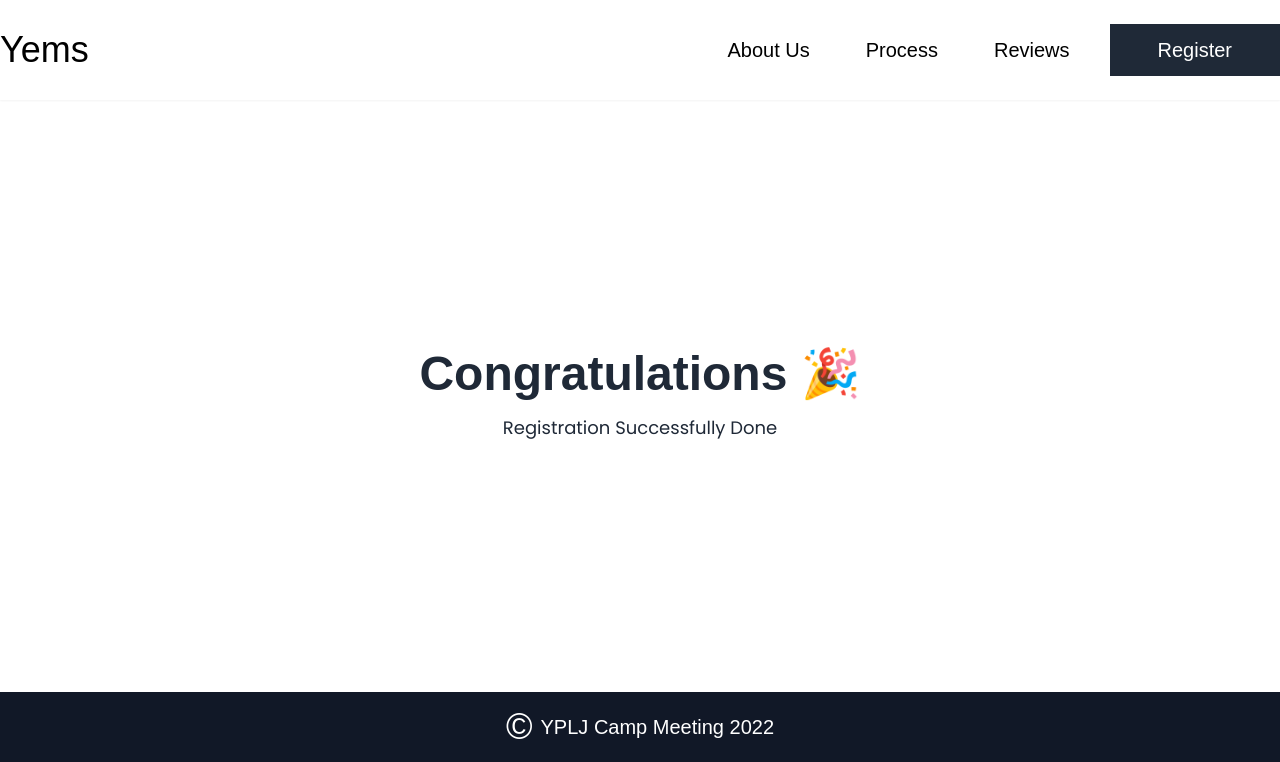
Repository: Ifenna-Pascal/user-camp-onboarding
Page: /dashboard
An editor plug-in stored every save of this project. The page is shown before and after the next save, followed by the edit.
The browser window is 1280 px wide. The pictures show the whole page.
Some web fonts or font styles are not loaded; a fallback is used. The project was rebuilt for these pictures with package versions that can differ from the ones it lists, and the page was loaded fresh each time. The framework's server and built-in components were replaced by stand-ins that run in the browser. Also part of the build but not shown: next.config.js.

Above is the page before, as saved 2022-11-23 02:40:13.

### pages/_app.js
import Mainlayout from "../components/layout";
import "../styles/globals.css";
import "remixicon/fonts/remixicon.css";

function MyApp({ Component, pageProps }) {
  return (
    <Mainlayout>
      <Component {...pageProps} />
    </Mainlayout>
  );
}

export default MyApp;

### pages/dashboard.jsx
import React from "react";

function Dashboard() {
  return (
    <div className="min-h-[80vh] flex  flex-col items-center justify-center">
      <h1 className="text-gray-800 text-center lg:text-left text-2xl lg:text-5xl font-semibold font-sono block ">
        Congratulations 🎉
      </h1>
      <p className="block text-base  lg:text-lg text-center font-poppins text-gray-800 leading-[30px] py-2 lg:py-4">
        Registration Successfully Done
      </p>
    </div>
  );
}

export default Dashboard;

### components/layout/index.jsx
import React from "react";
import Footer from "./Footer";
import Nav from "./Nav";

function Mainlayout({ children }) {
  return (
    <div className="relative">
      <Nav />
      <main>{children}</main>
      <Footer />
    </div>
  );
}

export default Mainlayout;

### styles/globals.css
@import url('https://fonts.googleapis.com/css2?family=Poppins&family=Sono:wght@400;500&display=swap');
@import url('https://fonts.googleapis.com/css2?family=Montserrat&family=Source+Sans+Pro&display=swap');

* {
  padding: 0;
  margin: 0;
  box-sizing: border-box;
  scroll-behavior: smooth;
}

html,
body {
  padding: 0;
  margin: 0;
  font-family: -apple-system, BlinkMacSystemFont, Segoe UI, Roboto, Oxygen,
    Ubuntu, Cantarell, Fira Sans, Droid Sans, Helvetica Neue, sans-serif;
}

a {
  color: inherit;
  text-decoration: none;
}

* {
  box-sizing: border-box;
}

@media (prefers-color-scheme: dark) {
  html {
    color-scheme: dark;
  }
  body {
    color: white;
    background: black;
  }
}

@tailwind base;
@tailwind components;
@tailwind utilities;

### components/layout/Footer.jsx
import React from "react";

function Footer() {
  return (
    <div className="bg-gray-900 w-full h-[70px]  flex items-center justify-center">
      <p className="text-center flex items-center text-white font-sono text-xl">
        {" "}
        <span className="text-4xl mr-2">&copy;</span> YPLJ Camp Meeting 2022{" "}
      </p>
    </div>
  );
}

export default Footer;

### components/layout/Nav.jsx
import Link from "next/link";
import { useRouter } from "next/router";
import React, { useState } from "react";
import Button from "../general/Button";
import NavLink from "../general/NavLink";

function Nav() {
  const [show, setShow] = useState(false);
  const router = useRouter();
  const toggle = () => {
    setShow(!show);
  };
  return (
    <div className="lg:sticky  top-0 w-full shadow-sm mb-4 z-50 px-6 lg:px-0 bg-white">
      <nav className="w-full lg:py-6 py-5 flex items-center  lg:max-w-[1450px] lg:mx-auto justify-between">
        <Link href="/">
          {" "}
          <h1 className="font-sono text-2xl lg:text-4xl ">Yems</h1>
        </Link>
        <ul className="lg:flex items-center hidden justify-between">
          <NavLink href="/#home" name="About Us" />
          <NavLink href="/#process" name="Process" />
          <NavLink href="/#reviews" name="Reviews" />
          <Link href="/register">
            <Button text="Register" />
          </Link>
        </ul>
        <button
          className='block md:hidden className="w-full px-2 py-1 rounded-lg text-AP-grey-200 hover:text-AP-blue-200 border-AP-grey-200 hover:border-AP-blue-400'
          onClick={toggle}
        >
          <i
            className={`${
              !show ? "ri-menu-3-fill duration-500" : "ri-close-line"
            } text-2xl text-gray-800`}
          />
        </button>
      </nav>
      <div
        className={`flex lg:hidden ${
          show
            ? "flex duration-500  flex-col items-center space-y-8 pt-2 "
            : "hidden"
        }`}
      >
        <NavLink href="/#home" name="About Us" />
        <NavLink href="/#process" name="Process" />
        <NavLink href="/#reviews" name="Reviews" />
        {router.pathname !== "/register" && (
          <Link href="/register">
            <Button text="Register" onClick={() => setShow(false)} />
          </Link>
        )}
      </div>
    </div>
  );
}

export default Nav;

### components/general/Button.jsx
import React from "react";

function Button({ text, ...rest }) {
  return (
    <button
      className="bg-gray-800 px-12 py-3 hover:bg-white hover:text-black hover:border hover:border-black duration-500 hover:ease-in-out text-white font-sono text-xl"
      {...rest}
    >
      {text}
    </button>
  );
}

export default Button;

### components/general/NavLink.jsx
import Link from "next/link";
import React from "react";

function NavLink({ href, name }) {
  return (
    <Link href={href}>
      <span className="text-black px-4 text-xl font-sono mr-6 font-500">
        {name}
      </span>
    </Link>
  );
}

export default NavLink;

### tailwind.config.js
/** @type {import('tailwindcss').Config} */
module.exports = {
  content: [
    "./pages/**/*.{js,ts,jsx,tsx}",
    "./components/**/*.{js,ts,jsx,tsx}",
  ],

  theme: {
    extend: {
      fontFamily: {
        sono: ["Sono", "sans-serif"],
        poppins: ["Poppins", "sans-serif"],
        montserat: ["Montserrat", "sans-serif"],
      },
    },
  },
  plugins: [],
};

After the next save:
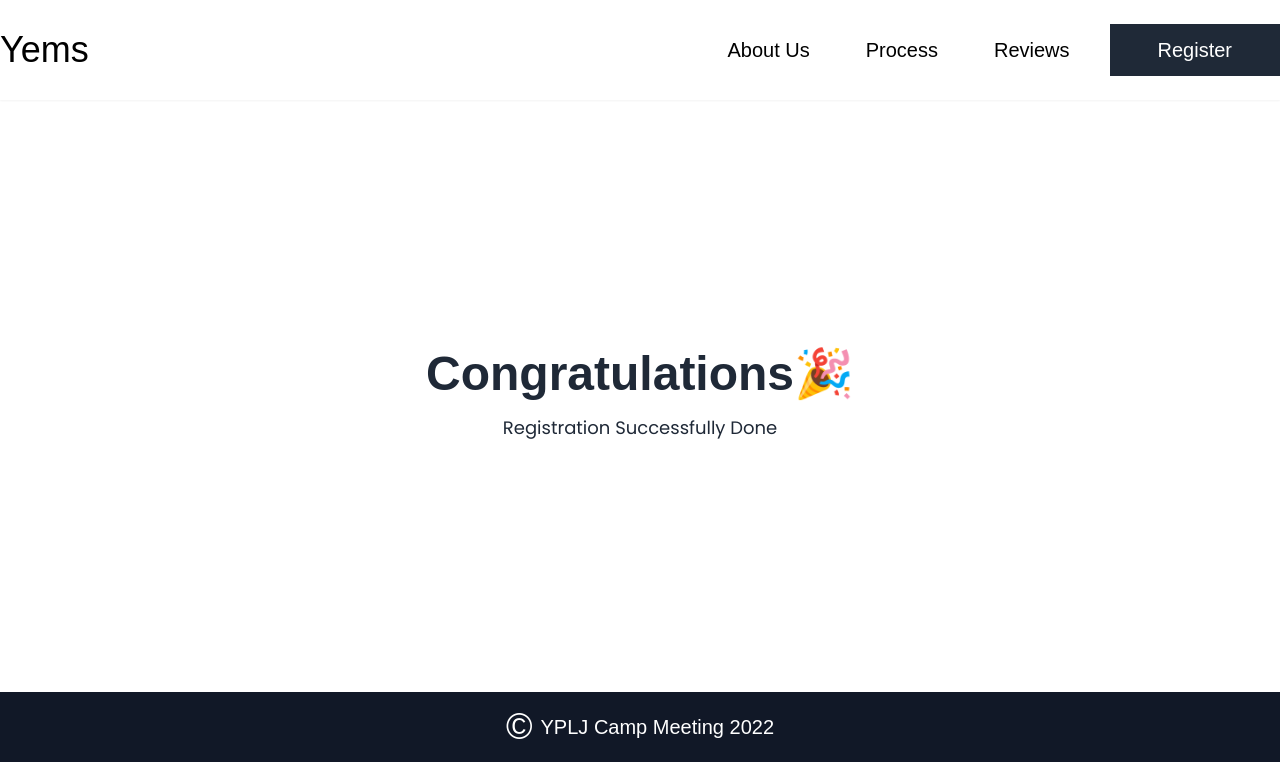
Saved 9 s later.
--- a/pages/dashboard.jsx
+++ b/pages/dashboard.jsx
@@ -4,7 +4,7 @@ function Dashboard() {
   return (
     <div className="min-h-[80vh] flex  flex-col items-center justify-center">
       <h1 className="text-gray-800 text-center lg:text-left text-2xl lg:text-5xl font-semibold font-sono block ">
-        Congratulations 🎉
+        Congratulations🎉
       </h1>
       <p className="block text-base  lg:text-lg text-center font-poppins text-gray-800 leading-[30px] py-2 lg:py-4">
         Registration Successfully Done
